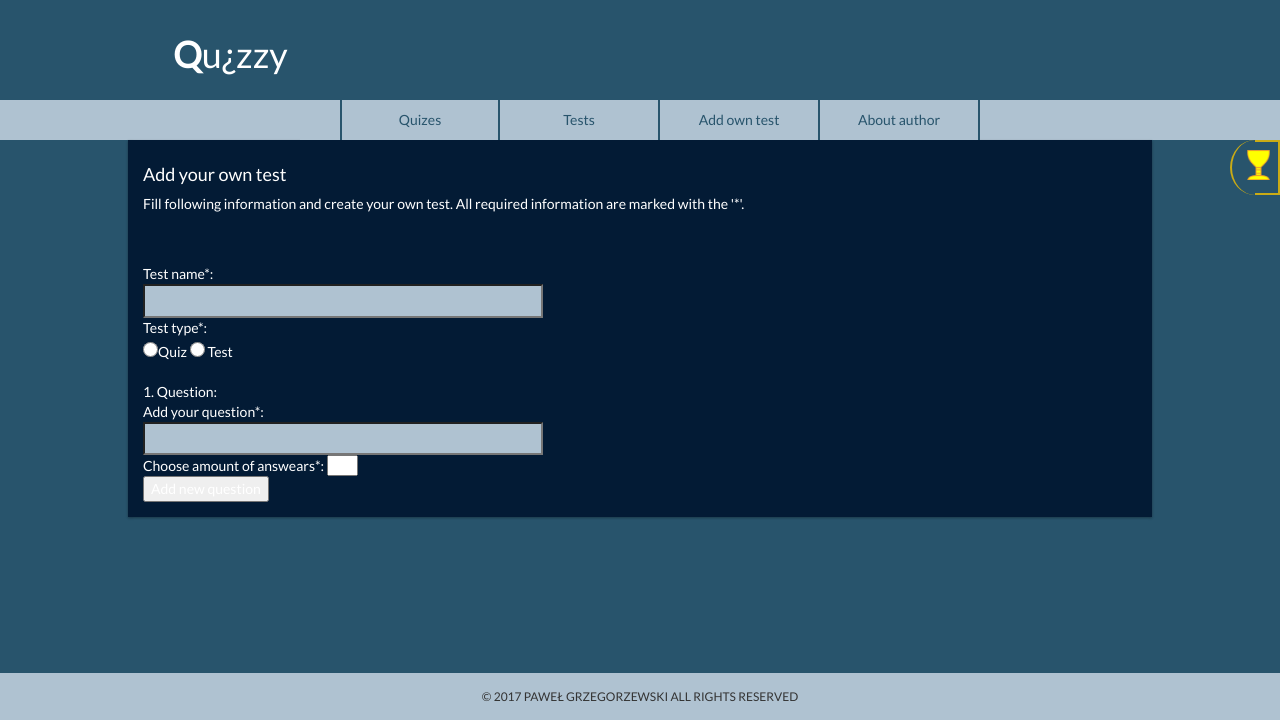
Repository: pgrzegorzewski/quiz
Page: http://localhost/app/add_test.php
The author's editor kept a copy of each file at every save. The page is drawn from the files as they stood at one save, then again after the next save.
The browser window is 1280 px wide. The pictures show the whole page.
Some web libraries are served in a nearby version. The page is run by PHP 8.4 with error messages shown; the project is at /var/www/html/.

Above is the page before, as saved 2017-09-17 19:55:29.

### htdocs/app/learningapp/app/add_test.php
<!DOCTYPE html>
<html>
<head>
	<meta name="viewport" content="width=device-width, initial-scale=1.0">
	<meta http-equiv="content-type" content="text/html; charset=utf-8">
	<meta charset="utf-8">
	<link rel="stylesheet" href="https://maxcdn.bootstrapcdn.com/bootstrap/3.3.7/css/bootstrap.min.css">
	<script src="https://ajax.googleapis.com/ajax/libs/jquery/3.1.1/jquery.min.js"></script>
	<script src="https://maxcdn.bootstrapcdn.com/bootstrap/3.3.7/js/bootstrap.min.js"></script>
	<link href="https://fonts.googleapis.com/css?family=Lato" rel="stylesheet">
	<link rel="StyleSheet" href="../css/index.css" />
	<link rel="StyleSheet" href="../css/question.css" />
	<link rel="StyleSheet" href="../css/add_test.css" />
	<link rel="StyleSheet" href="../css/side_menu_leaderboard.css" />
	<script type="text/javascript" src="../js/question.js"></script>
	<script type="text/javascript" src="../js/add_test.js"></script>
	<script type="text/javascript" src="../js/side_menu_leaderboard.js"></script>
</head>

<body>

<div class="container-fluid">

	<div class= "sidemenu_2">

	</div>
	<div class= "sidemenu">
		<p style="cursor:pointer"><img src = "../resources/img/trophy.png" height = "50px" onmouseover="openLeaderboard()"/></p> <!-- &#9776; -->
	</div>
	<div id = 'leaderboard' class = 'leaderboard' onmouseleave = "closeLeaderboard()" >
		<a href = "javascript:void(0)" class = "closebtn" onclick = "closeLeaderboard()">&times;</a>
		test 1000pts;
	</div>


	<header class ="header">
		<h1 id="title"><a href ="index.php"><b>Q</b>u¿zzy</a></h1>
	</header>

	<div class="nav">
		<ol>
			<li>
				<a href ='quiz.php'>Quizes</a>
			</li>
			<li>
				<a href ='#'>Tests</a>
				<ul>
					<li><a href="#">Personality</a></li>
					<li><a href="#">Cultural</a></li>
					<li><a href="#">Science</a></li>
					<li><a href="entertaining_test.php">Entertaining</a></li>
				</ul>
			</li>
			<li>
				<a href="#" id = "visited">Add own test</a>
			</li>
			<li>
				<a href ='#'>About author</a>
			</li>
		</ol>
	</div>

	<section class = "section">
		<div id ="welcome_div">
			<h4>Add your own test</h4>
			<div id = "add_test_container">
				<p>Fill following information and create your own test. All required information are marked with the '*'.</p>
				<br><br>
				<form>
				  Test name*:<br>
				  <input class = "testGeneralInformation" id = "testName" type ="text" name ="test_name"><br>
				  Test type*:<br>
				  <input type ="radio" name ="testTypeChoose" value = "quiz">Quiz
				  <input type ="radio" name ="testTypeChoose" value ="test"> Test
				</form><br>
				<div id = "question_container">
					<div class = 'new_question_div'>
						<form class = "newQuestion" id = '1'>
						1. Question:<br>
						Add your question*:<br>
						<input class = "testGeneralInformation" type = "text" name = "question"><br>
						Choose amount of answears*:
						<select id = "selectAnswears1" name="answears_amount"  onchange="addAnswears(this)">
							  <option value="2">2</option>
							  <option value="3">3</option>
							  <option value="4">4</option>
						</select>
						<div id = "question_answears_container_1"></div>
						<input class = "nextQuestionAdd" id = '1' type = "button" value = "Add new question" onclick = "addNewQuestion(this)">
						</form>
					</div>
				</div>
			</div>
		</div>

	</section>
	<div class="footer">
		© 2017 PAWEŁ GRZEGORZEWSKI ALL RIGHTS RESERVED
	</div>
</div>


<script type="text/template" id="questionTemplate">
    <br>
	<div class = 'new_question_div'>
		<form class = "newQuestion" id = "{{id}}">
		{{id}} . Question:<br>
		Add your question*:<br>
		<input class = "testGeneralInformation" type = "text" name = "question"><br>
			Choose amount of answears*:
			<select id = 'selectAnswears{{id}}' name="answears_amount" onchange="addAnswears(this)">
				  <option value="2">2</option>
				  <option value="3">3</option>
				  <option value="4">4</option>
			</select>
			<div id = "question_answears_container_{{id}}"></div>
				<input class = "nextQuestionAdd" id = "{{id}}" type = "button" value = "Add new question" onclick = "addNewQuestion(this)">
		</form>
	</div>
</script>


<script type="text/template" id="questionAnswearsTemplate">
    <br>
	<table>
		<tr>
			<td class = 'questionAnswear{{id}} id = 'answear{{id}}A' hidden = true>A<br/><input class = "question_answear_input" type = "text" name = "answear{{id}}A"></td>
			<td class = 'questionAnswear{{id}} id = 'answear{{id}}B' hidden = true>B<br/><input class = "question_answear_input" type = "text" name = "answear{{id}}B"></td>
			<td class = 'questionAnswear{{id}} id = 'answear{{id}}C' hidden = true>C<br/><input class = "question_answear_input" type = "text" name = "answear{{id}}C"></td>
			<td class = 'questionAnswear{{id}} id = 'answear{{id}}D' hidden = true>D<br/><input class = "question_answear_input" type = "text" name = "answear{{id}}D"></td>
		</tr>
	</table>
</script>


</body>
</html>


<?php
	$answearAmount = 2;

	function setAnswearAmount($value){
		$answearAmount = $value;
	}
?>

### htdocs/app/learningapp/css/index.css

.container-fluid
{
	min-height: 100%;
	background-color:#28546C;
	width:100%;
	font-family: 'Lato', sans-serif;
	margin: 0;
	padding:0;
}

h1 > a
{
	text-decoration:none;
	color: white;
}

h1 > a:hover
{
	text-decoration:none;
	color: white;
}

h1 > a:active
{
	text-decoration:none;
	color: white;
}

img{
	padding:10px;
}

#img2{
	padding:3px;
	padding-bottom:12px;
}

html {
    font-family: "Lucida Sans", sans-serif;
    background-color:#28546C;
}

h1, h2, h3 ,h4{
	color: white;
	text-align:ceter;
}

#title{
	margin-left:30px;
}

body
{
	height:100%;
	padding-bottom:60px;
	background-color:#28546C;
	margin:0 !important;

}


.title {
	text-align:center;
}

.buttons_next_prev{
	text-align:center;
}


.header {
	width:80%;
	margin:0 auto;
    background-color: #28546C;
    color: #ffffff;
    padding: 15px;
	text-decoration: none;

}

.menu_header {
	width:80%;
    background-color: #CCCCCC;
    padding: 10px;
    color: white;
    text-align: center;
    font-size: 14px;
    box-shadow: 0 1px 3px rgba(0,0,0,0.12), 0 1px 2px rgba(0,0,0,0.24);
	width:auto;
}


.section{

	width: 80%;
	margin:0 auto;
	background-color: #031B35;
    padding: 15px;
    color: white;
    text-align: justify;
    font-size: 14px;
    box-shadow: 0 1px 3px rgba(0,0,0,0.12), 0 1px 2px rgba(0,0,0,0.24);
}

td
{
	padding-right:12px;
}


.canvas{

	 width: 500px;
	 height: 300px;
	 color: #FFFFFF;
}

.nav {
	width:100%;
	background-color:#AFC2D1;
	text-align: center;

}

.nav ol
{
	margin:0;
	background-color:#AFC2D1;
	list-style:none;
	line-height: 200%;
	display:inline-block;
	vertical-align:middle;
	height:40px;
	width:680px;
}


ol a
{
	color: #28546C;
	text-decoration:none;
	display:block;
	height:40px;
	padding:6px;
	vertical-align: middle;
	text-align: center;
	z-index:200;
}

ol > li
{
	list-style:none;
	width: 160px;
	color: #28546C;
	background-color:#AFC2D1;
	border-right:2px solid #28546C;
	float:left;
	display: table-cell;

}

ol > li:hover
{
	background-color:#CAAB15;

}

ol > li a:hover
{
	color:white;
	border: 1px solid white;
}

ol > li:hover > ul
{
	display:block;
}

ol > li:hover > a
{
	color:white;
	border: 1px solid white;
}


ol > li:first-child
{
	border-left:2px solid #28546C;
}

ol > li > ul
{
	display: none;
	position: relative;
	z-index: auto;
	list-style-type: none;
	padding:0;
	margin:0 auto;
}

ol > li > ul > li
{
	border-top: 2px solid #28546C;
	background-color: #AFC2D1;

}

ol > li > ul > li > a
{
	width: 160px;
}

ol > li > ul > li:hover
{
	background-color:#CAAB15;
}

ol > li > ul > li > a:hover
{
	color:white;
	border: 1px solid white;
}

.section a:link, a:visited {

    background-color: #CCCCCC;
	padding: 3px;
	width: 50px;
    text-decoration: none;
}


.section a:hover, a:active {
    background-color: #999999;
	color: white;
}

.answear_header
{
	height:76px;
}

.answear_img
{
	margin-left:120px;
	float: left;
	height: 50px;

}
.answear
{
 	display: table;
	float: left;
	height:50px;
}


.answear > p
{
 	display: table-cell;
	vertical-align: middle;
}


.footer {
    background-color: #AFC2D1;
    font-size: 12px;
    padding: 15px;
    bottom: 0;
    position : fixed;
    width: 100%;
    text-align:center;

}

.submenu{
	display:none;
}



@media only screen and (min-width: 768px) and (max-width: 922px) {
    .col-m-1 {width: 8.33%;}
    .col-m-2 {width: 16.66%;}
    .col-m-3 {width: 25%;}
    .col-m-4 {width: 33.33%;}
    .col-m-5 {width: 41.66%;}
    .col-m-6 {width: 50%;}
    .col-m-7 {width: 58.33%;}
    .col-m-8 {width: 66.66%;}
    .col-m-9 {width: 75%;}
    .col-m-10 {width: 83.33%;}
    .col-m-11 {width: 91.66%;}
    .col-m-12 {width: 100%;}
}

@media only screen and (min-width: 922px) and (max-width: 1200px) {
    .col-1 {width: 8.33%;}
    .col-2 {width: 16.66%;}
    .col-3 {width: 25%;}
    .col-4 {width: 33.33%;}
    .col-5 {width: 41.66%;}
    .col-6 {width: 50%;}
    .col-7 {width: 58.33%;}
    .col-8 {width: 66.66%;}
    .col-9 {width: 75%;}
    .col-10 {width: 83.33%;}
    .col-11 {width: 91.66%;}
    .col-12 {width: 100%;}
}

@media only screen and (min-width: 1200px){
    .col-1 {width: 8.33%;}
    .col-2 {width: 16.66%;}
    .col-3 {width: 25%;}
    .col-4 {width: 33.33%;}
    .col-5 {width: 41.66%;}
    .col-6 {width: 50%;}
    .col-7 {width: 58.33%;}
    .col-8 {width: 66.66%;}
    .col-9 {width: 75%;}
    .col-10 {width: 83.33%;}
    .col-11 {width: 91.66%;}
    .col-12 {width: 100%;}
}

### htdocs/app/learningapp/css/question.css
#question
{
	text-align: center;

}


#question button{
	min-width: 50px;
	text-align: center;
}

#question th{
	min-width: 50px;
	text-align: center;
}

td, th > #question{
	min-width: 90px;
	padding:10px;
	text-align: center;
}

### htdocs/app/learningapp/css/add_test.css
.testGeneralInformation
{
	color:#28546C;
	background-color:#AFC2D1;
	font-size:19px;
	width:400px;
	text-align:center;
}

input[type="radio"]
{
	border-radius: 15px;
	width:15px;
	height:15px;
}

### htdocs/app/learningapp/css/side_menu_leaderboard.css
.leaderboard
{
	height:40%;
	width:0;
	position: fixed;
	z-index: 250;
	top: 140px;
	right: 0;
	border:0px solid #CAAB15;
	background-color:#AFC2D1;
	overflow-x: hidden;
	transition: 0.5s;
	padding-top: 60px;
	hidden:true;
	text-align:center;
}

.leaderboard .closebtn{
	position: absolute;
	top: 0;
	right:5px;
	font-size: 25px;
	margin-right: 0px;
}

.sidemenu
{
	height:55px;
	width:50px;
	border-radius:100%;
	border-left:2px solid #CAAB15;
	position: fixed;
	z-index: 200;
	top: 140px;
	right: 0;
	font-size:20px;
	text-align:center;
}

.sidemenu_2
{
	height:55px;
	width:25px;
	position: fixed;
	z-index: 150;
	top: 140px;
	right: 0;
	border-bottom:2px solid #CAAB15;
	border-top:2px solid #CAAB15;
	border-right:2px solid #CAAB15;
}

### htdocs/app/learningapp/js/question.js
window.addEventListener("resize", answearPositionChange);
window.addEventListener("load", answearPositionChange);

var success_alerts = ["Yeah, You are right;)", "Great, You earn a point", "Wow! Amazing", "Point for You;)"];
var failure_alerts = ["Maybe next time will be better", "Nope, not this time:(", "Unfortunately not;/", "That s not Your day;/"];



function checkAnswear(button)
{
	var image = document.createElement("img");
	image.setAttribute("height", "50px");
	image.setAttribute("width", "50px");

	if(button.id == 1){
		image.setAttribute("src", "../resources/img/correct.png");
	}
	else{
		image.setAttribute("src", "../resources/img/error.png");
	}

	blockButtons();
	document.getElementById("answear").innerText = drawAnswearAlert(button.id);
	document.getElementById("answear_img").appendChild(image);
	/*if(window.innerWidth > 765)
	{
		image.setAttribute("align", "left");
		document.getElementById("answear_img").appendChild(image);
	}
	else
		document.getElementById("answear").appendChild(image);*/
	changeClassButton(button, button.id);

}

function drawAnswearAlert(answearType)
{
	if(answearType == 1)
		return success_alerts[Math.floor(Math.random() * success_alerts.length)];
	else
		return failure_alerts[Math.floor(Math.random() * failure_alerts.length)];

}

function changeClassButton(button, id)
{
	if(id == 1)
	{
		button.classList.remove('btn-info');
		button.classList.add('btn-success');
	}
	else
	{
		button.classList.remove('btn-info');
		button.classList.add('btn-danger');
	}

}

function blockButtons()
{
	$(".btn").attr("disabled", "disabled");
}



function answearPositionChange() {
	if(window.innerWidth < 765){
		$(".answear_header").height(20);
		//$("#answear").width($(".col-sm-6").width()-100);				//
		//$("#answear").css('text-align',  'center');
		//$("#answear > img").attr('align' ,'middle');
	}
	else
	{
		$(".answear_header").height(76);
	}
}

### htdocs/app/learningapp/js/add_test.js
function addNewQuestion(button)
{
	button.hidden = true;
	var id = Number(button.id) + 1;

	var questionTemplate = $("#questionTemplate").html();

	$("#question_container").append(questionTemplate.replace(/{{id}}/g, id));
}

function addAnswears(select)
{
	select.disabled = true;

	var id = select.id.slice(-1);
	console.log(id);

	var answearContainer = '#question_answears_container_' + id;
	console.log(answearContainer);

	var questionAnswearTemplate = $("#questionAnswearsTemplate").html();
	$(answearContainer).append(questionAnswearTemplate.replace(/{{id}}/g, id));

	var activeAnswears = select.options[select.selectedIndex].value;

	showAnswears(activeAnswears, id);


}

function showAnswears(activeAnswears, id)
{
	var classString = "questionAnswear" + id;

	var answears = document.getElementsByClassName("questionAnswear" + id);

	console.log(answears.length);
	for (i = 0; i < activeAnswears; i++) {
	    answears[i].hidden = false;
	}
}

### htdocs/app/learningapp/js/side_menu_leaderboard.js
function openLeaderboard()
{
	document.getElementById("leaderboard").style.width = "250px";
	document.getElementById("leaderboard").style.border = "2px solid #CAAB15";

}

function closeLeaderboard()
{
	document.getElementById("leaderboard").style.width = "0px";
	document.getElementById("leaderboard").style.border = "0px solid #CAAB15";
}

After the next save:
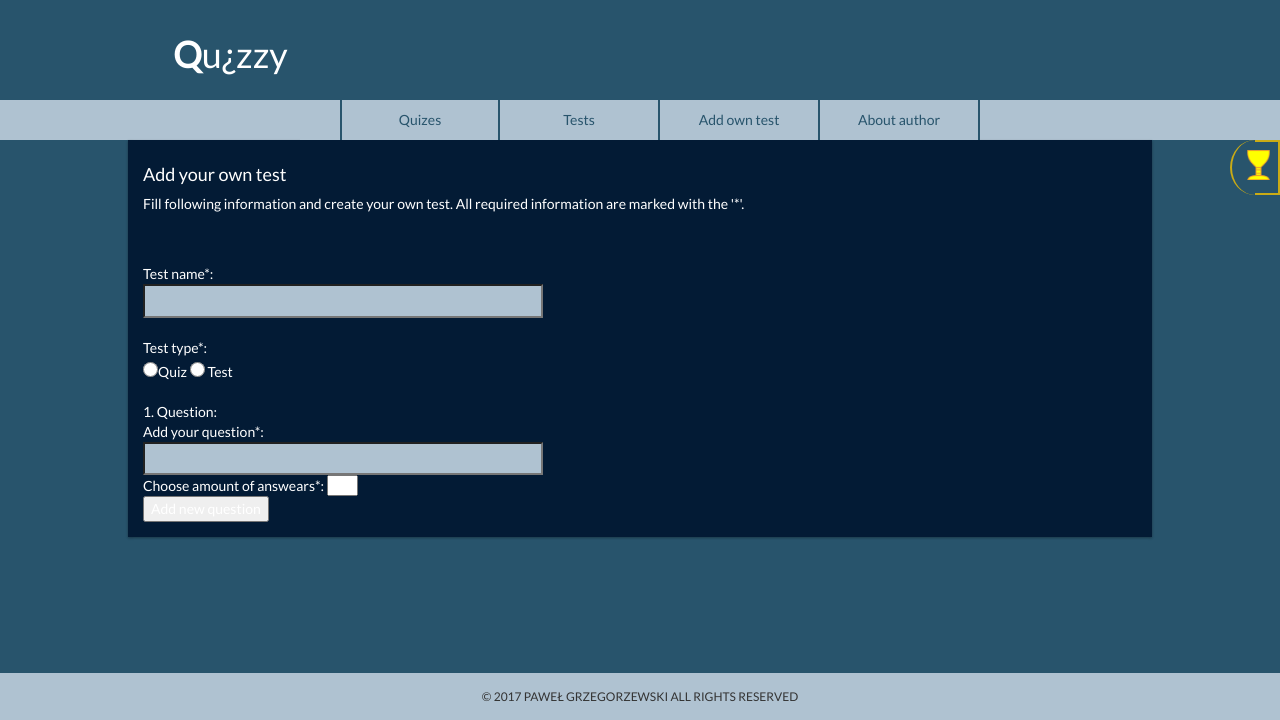
Saved 58 s later.
--- a/htdocs/app/learningapp/app/add_test.php
+++ b/htdocs/app/learningapp/app/add_test.php
@@ -68,7 +68,7 @@
 				<br><br>
 				<form>
 				  Test name*:<br>
-				  <input class = "testGeneralInformation" id = "testName" type ="text" name ="test_name"><br>
+				  <input class = "testGeneralInformation" id = "testName" type ="text" name ="test_name"><br><br>
 				  Test type*:<br>
 				  <input type ="radio" name ="testTypeChoose" value = "quiz">Quiz
 				  <input type ="radio" name ="testTypeChoose" value ="test"> Test
